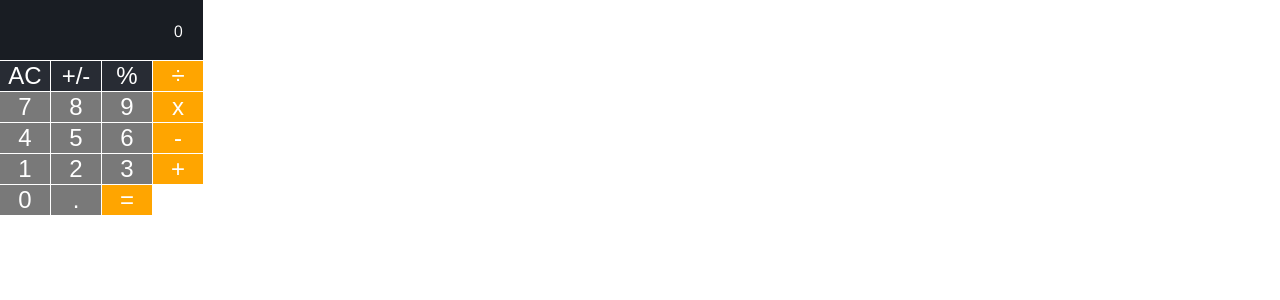
Repository: catsarenotreal/CalculatorWebApp
Page: /
These files come from the project's save history. The page is drawn as it stood at one moment and after the next save; the edit follows.
The browser window is 1280 px wide. The pictures show the whole page.
The project was rebuilt for these pictures with package versions that can differ from the ones it lists, and the page was loaded fresh each time.

Above is the page before, as saved 2024-08-26 15:28:46.

After the next save:
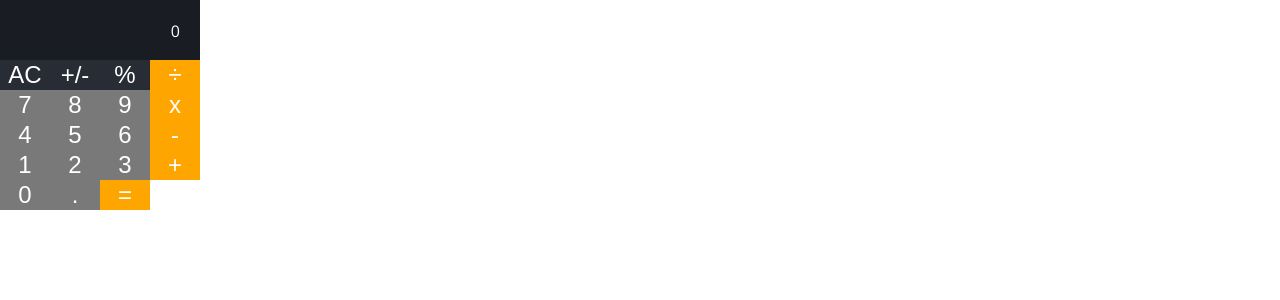
Saved 19 min 26 s later.
--- a/src/App.tsx
+++ b/src/App.tsx
@@ -17,6 +17,7 @@ type Props = {
   val : string;
   colour : 'orange'|'darkgrey'|'lightgrey';
   setDisplay : React.Dispatch<React.SetStateAction<string>>;
+  longer? : boolean;
 }
 
 function refresh(props : Props){
@@ -32,7 +33,7 @@ function refresh(props : Props){
 
 // }
 
-function Buttons( { val, colour, setDisplay}  : Props){
+function Buttons( {val, colour, setDisplay, longer}  : Props){
 
 
   function stackBack(val : Operations | string){ // takes in operation, compresses the stack (nothing is returned)
@@ -174,6 +175,12 @@ function Buttons( { val, colour, setDisplay}  : Props){
       }
 
     }
+  }
+
+  if (longer){ // only applies to the 0
+    return <button className = {`Buttons ${colour} longer`} onClick = {() => handleClick({ val, colour, setDisplay})}>
+    {val}
+  </button>
   }
 
   return <button className = {`Buttons ${colour}`} onClick = {() => handleClick({ val, colour, setDisplay})}>
--- a/src/App.css
+++ b/src/App.css
@@ -36,10 +36,12 @@
   border: none;
   font-size: 1.5rem;
   color: white;
+  grid-column: span 1;
   /* height: 40px;
   width: 60px;
   padding: 0px; */
 }
+
 
 
 .Buttons.orange{
@@ -56,6 +58,10 @@
 
 .Buttons.lightgrey:active{
   background-color: #4f4f4f;
+}
+
+.Buttons.lightgrey.longer{
+  grid-column: span 2;
 }
 
 .Buttons.darkgrey{
@@ -88,7 +94,7 @@
   /* column-width: 40px; */
   /* column-gap:1px;
   row-gap:1px; */
-  grid-gap:1px;
+  /* grid-gap:1px; */
   border-color:black;
   padding:0px;
   grid-template-columns: 50px 50px 50px 50px;
